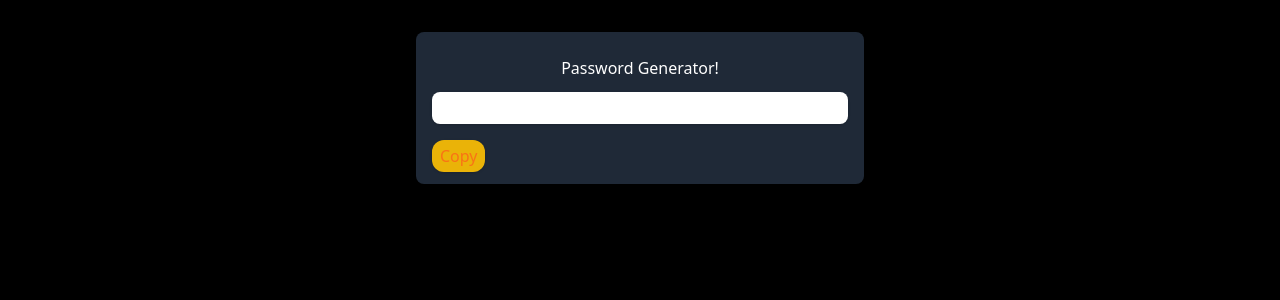
Repository: tirth2014/chai-aur-react
Page: / (app in 05_password-generator/)
An editor plug-in stored every save of this project. The page is shown before and after the next save, followed by the edit.
The browser window is 1280 px wide. The pictures show the whole page.
The project was rebuilt for these pictures with package versions that can differ from the ones it lists, and the page was loaded fresh each time. Also part of the build but not shown: 05_password-generator/vite.config.js.

Above is the page before, as saved 2023-10-07 16:44:20.

After the next save:
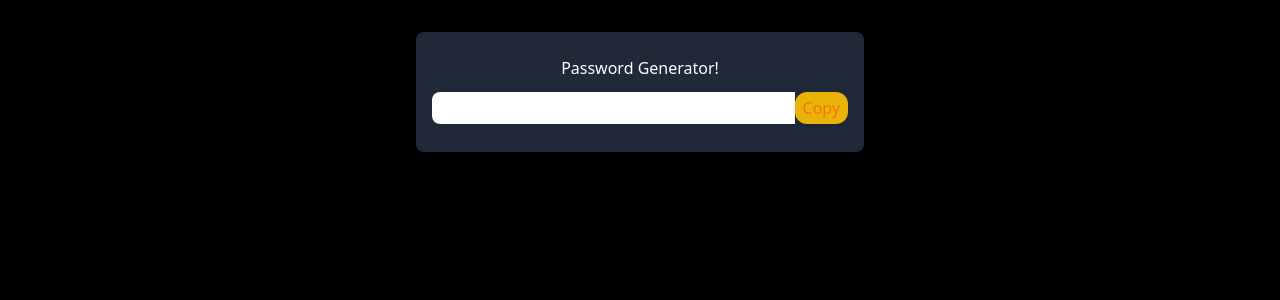
Saved 17 s later.
--- a/05_password-generator/src/App.jsx
+++ b/05_password-generator/src/App.jsx
@@ -19,8 +19,9 @@ function App() {
           value={password}
           className='outline-none w-full py-1 px-3'
           />
+                  <button className='shadow bg-yellow-500 rounded-xl px-2 py-1'>Copy</button>
+
         </div>
-        <button className='shadow bg-yellow-500 rounded-xl px-2 py-1'>Copy</button>
       </div>
     </>
   )
